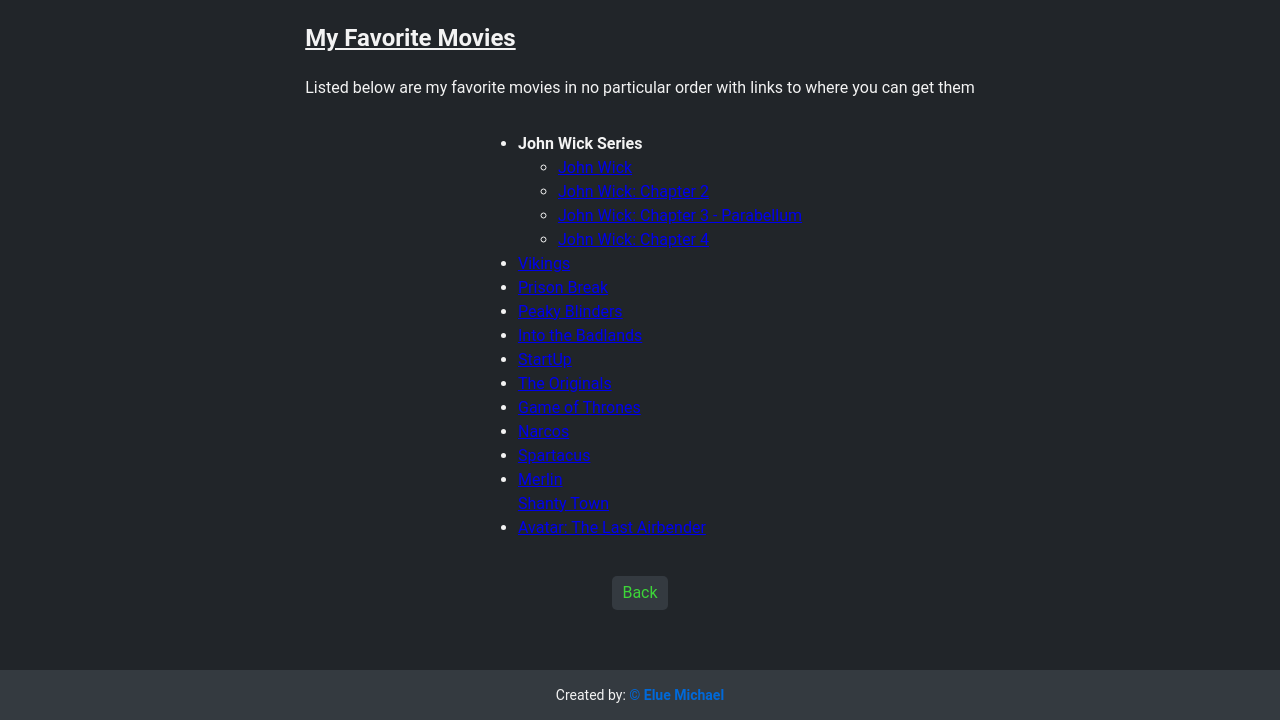
Repository: MikkyPrestige/html-website
Page: pages/movies.html
An editor plug-in stored every save of this project. The page is shown before and after the next save, followed by the edit.
The browser window is 1280 px wide. The pictures show the whole page.

Above is the page before, as saved 2023-04-29 13:50:50.

After the next save:
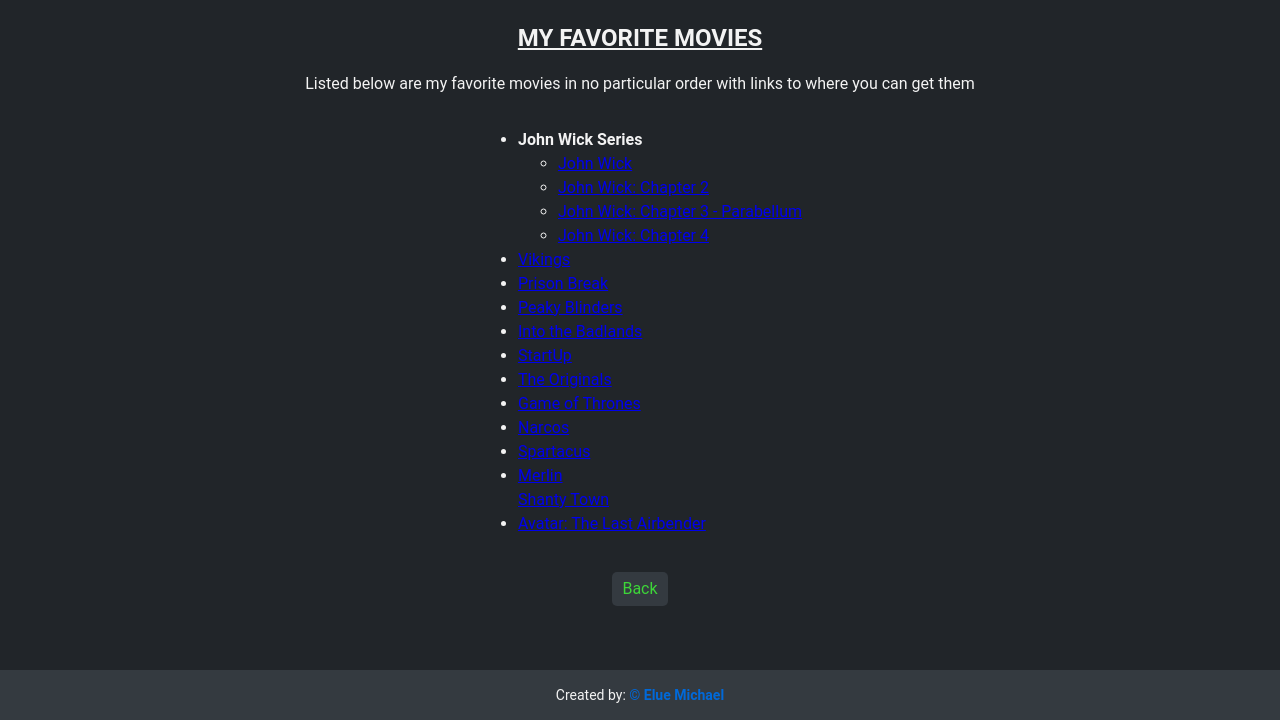
Saved 15 s later.
--- a/index.css
+++ b/index.css
@@ -89,21 +89,21 @@
 }
 
 /* BOOKS CSS */
-.books {
+.fav {
   display: flex;
   flex-direction: column;
   justify-content: center;
   align-items: center;
 }
 
-.books-heading {
+.fav-heading {
   font-size: 24px;
   font-weight: 700;
   margin-bottom: 0px;
   text-transform: uppercase;
 }
 
-.books-subheading {
+.fav-subheading {
   font-size: 18px;
   font-weight: 400;
   margin-bottom: 30px;
